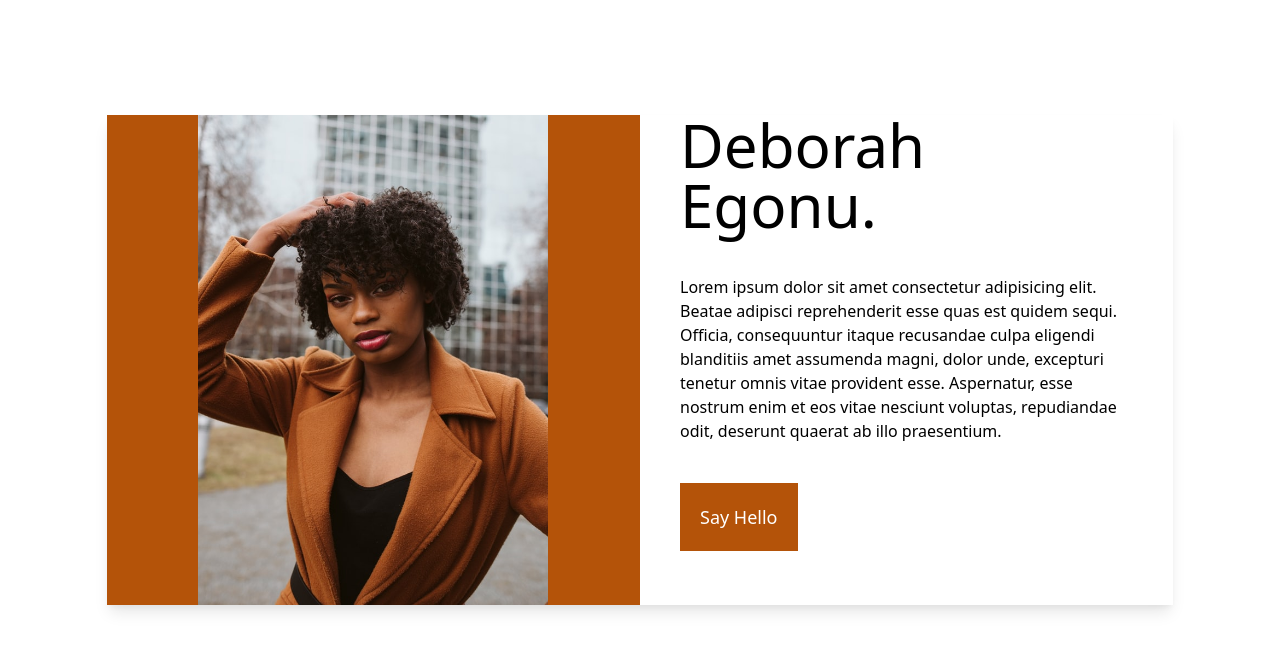
Repository: latenightsnacc/giggles
Page: HTML/user.html
These files come from the project's save history. The page is drawn as it stood at one moment and after the next save; the edit follows.
The browser window is 1280 px wide. The pictures show the whole page.
Some web libraries are served in a nearby version.

Above is the page before, as saved 2021-01-01 16:19:34.

### HTML/user.html
<!DOCTYPE html>
<html lang="en">
<head>
    <meta charset="UTF-8">
    <meta name="viewport" content="width=device-width, initial-scale=1.0">
    <link href="https://cdnjs.cloudflare.com/ajax/libs/tailwindcss/2.0.2/tailwind.min.css" rel="stylesheet">
    <title>User Page</title>
</head>
<body>
    <div class="wrapper flex justify-center items-center w-100 bg-grey-300 h-screen">
        <div class="w-5/6 flex shadow-lg h-auto bg-grey-300 border-blue-50">
            <div class="w-1/2 bg-yellow-700 h-full flex justify-center">
                <img src="assets/userDp.jpg" width="350px" />
            </div>

            <div class="w-1/2 bg-grey-50 h-full px-10">
                <h1 class="text-6xl bold">Deborah </br> Egonu.</h1>
                <p class="my-10">Lorem ipsum dolor sit amet consectetur adipisicing elit. Beatae adipisci reprehenderit esse quas est quidem sequi. Officia, consequuntur itaque recusandae culpa eligendi blanditiis amet assumenda magni, dolor unde, excepturi tenetur omnis vitae provident esse. Aspernatur, esse nostrum enim et eos vitae nesciunt voluptas, repudiandae odit, deserunt quaerat ab illo praesentium.</p>
                <div class="w-100 flex space-around">
                    <button class="bg-yellow-700 p-5 text-white semi-bold text-lg">Say Hello</button>
                </div>
            </div>

        </div>
    </div>
</body>
</html>

After the next save:
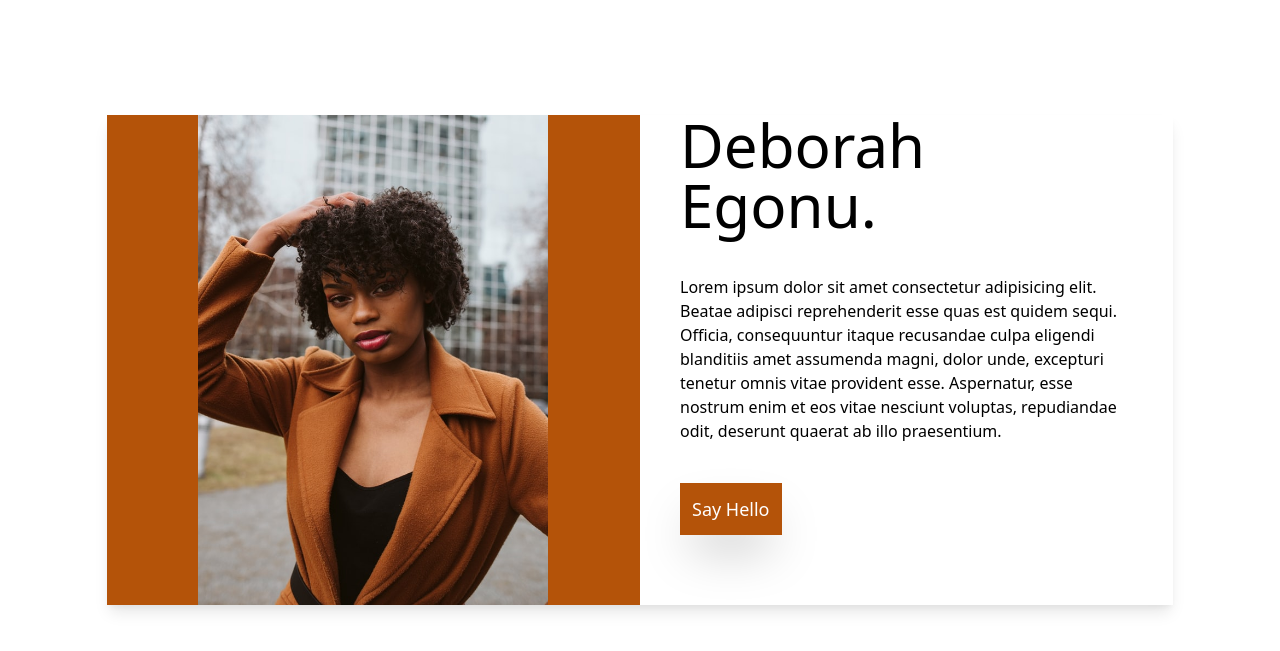
Saved 20 s later.
--- a/HTML/user.html
+++ b/HTML/user.html
@@ -17,7 +17,7 @@
                 <h1 class="text-6xl bold">Deborah </br> Egonu.</h1>
                 <p class="my-10">Lorem ipsum dolor sit amet consectetur adipisicing elit. Beatae adipisci reprehenderit esse quas est quidem sequi. Officia, consequuntur itaque recusandae culpa eligendi blanditiis amet assumenda magni, dolor unde, excepturi tenetur omnis vitae provident esse. Aspernatur, esse nostrum enim et eos vitae nesciunt voluptas, repudiandae odit, deserunt quaerat ab illo praesentium.</p>
                 <div class="w-100 flex space-around">
-                    <button class="bg-yellow-700 p-5 text-white semi-bold text-lg">Say Hello</button>
+                    <button class="bg-yellow-700 p-3 text-white semi-bold text-lg shadow-2xl">Say Hello</button>
                 </div>
             </div>
 
